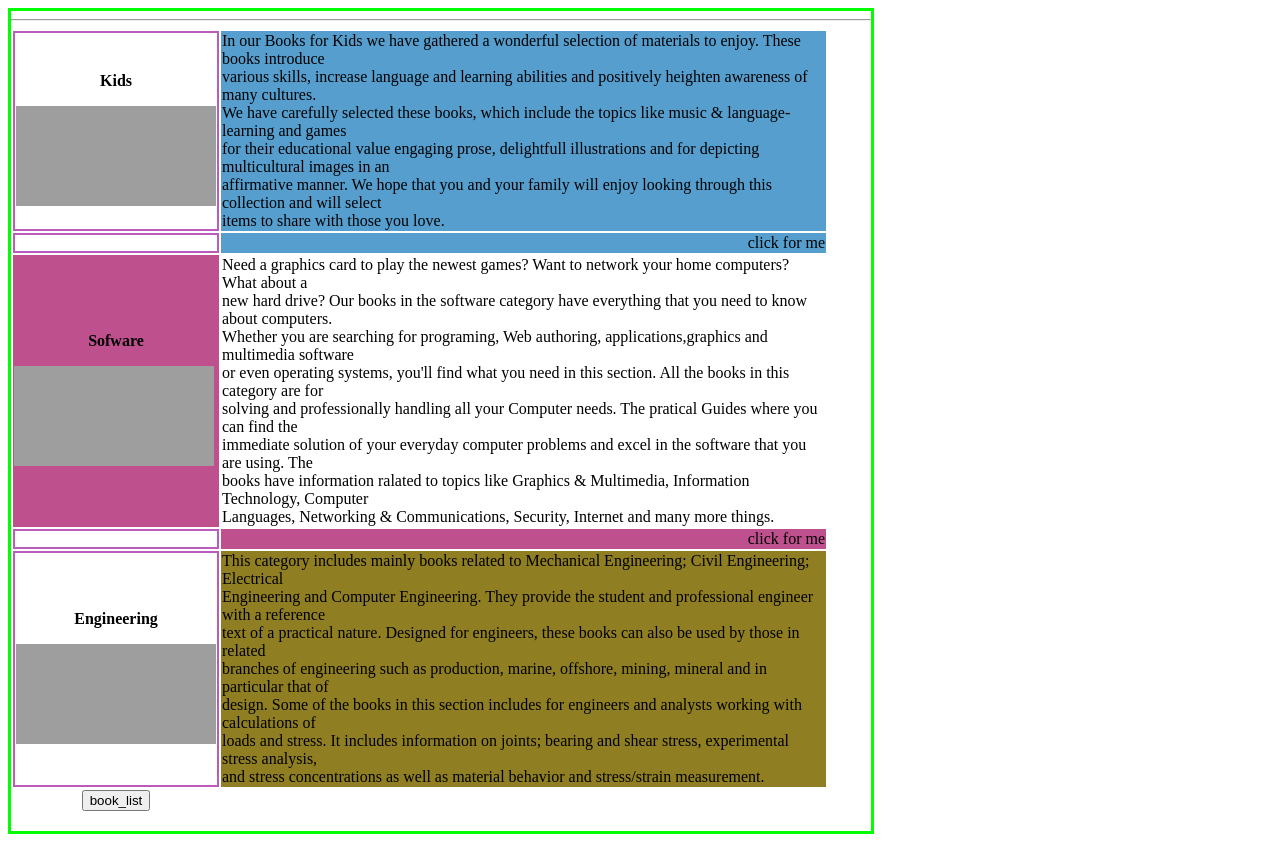
Repository: Helianthusss/Learn-CPP
Page: HTML/lap2/bai4/bai4.html
The author's editor kept a copy of each file at every save. The page is drawn from the files as they stood at one save, then again after the next save.
The browser window is 1280 px wide. The pictures show the whole page.
Pictures or frames that could not be fetched are drawn as grey boxes.

Above is the page before, as saved 2021-10-09 23:44:03.

### HTML/lap2/bai4/bai4.html
<!DOCTYPE html>
<html lang="en">
  <head>
    <meta charset="UTF-8" />
    <meta http-equiv="X-UA-Compatible" content="IE=edge" />
    <meta name="viewport" content="width=device-width, initial-scale=1.0" />
    <link rel="stylesheet" href="style.css" />
    <title>Document</title>
  </head>
  <body>
    <hr />
    <table style="width: 95%">
    <div>
    <tr>
      <th class="con1">
        <p>Kids</p>
        <img
          class="img"
          src="https://image.freepik.com/free-vector/children-day-draw-icon-collection_23-2147527765.jpg"
          alt="Kids"
          width="200"
          height="100"
          align="left"
        />
      </th>
      <td class="con2">
        In our Books for Kids we have gathered a wonderful selection of
        materials to enjoy. These books introduce<br />
        various skills, increase language and learning abilities and positively
        heighten awareness of many cultures.<br />
        We have carefully selected these books, which include the topics like
        music & language-learning and games<br />
        for their educational value engaging prose, delightfull illustrations
        and for depicting multicultural images in an<br />
        affirmative manner. We hope that you and your family will enjoy looking
        through this collection and will select<br />
        items to share with those you love.
      </td>
    </tr>
  </div>
    <tr>
      <td style="border: 2px solid rgb(187, 91, 187)""></td>
      <td style="background-color:rgb(85, 158, 206);text-align: right">click for me</td>
    </tr>
    <div>
    <tr>
      <th  class="con">
        <p>Sofware</p>
        <img
          class="img"
          src="https://khoaluantotnghiep.com/wp-content/uploads/2019/10/hinh-anh-quan-ly-nha-truong-2.jpg"
          alt="Sofware"
          width="200"
          height="100"
          align="left"
        />
      </th>
      <td >
        Need a graphics card to play the newest games? Want to network your home
        computers? What about a<br />
        new hard drive? Our books in the software category have everything that
        you need to know about computers.<br />
        Whether you are searching for programing, Web authoring,
        applications,graphics and multimedia software<br />
        or even operating systems, you'll find what you need in this section.
        All the books in this category are for<br />
        solving and professionally handling all your Computer needs. The
        pratical Guides where you can find the<br />
        immediate solution of your everyday computer problems and excel in the
        software that you are using. The<br />
        books have information ralated to topics like Graphics & Multimedia,
        Information Technology, Computer<br />
        Languages, Networking & Communications, Security, Internet and many more
        things.
      </td>
    </tr>
  </div>
    <tr>
      <td style="border: 2px solid rgb(187, 91, 187)">
      </td>
      <td style="background-color:rgb(190, 81, 141);text-align: right">click for me</td>
    </tr>
    <tr>
    <th style="width: 20% ;border: 2px solid rgb(187, 91, 187)">
      <p>Engineering</p>
      <img
        class="img"
        src="https://www.du-hoc.net/wp-content/uploads/2018/06/vietnamese-engineer.jpg"
        alt="Engineers"
        width="200"
        height="100"
        align="left"
      />
    </th>
      <td style="background-color:rgb(143, 127, 34)">
        This category includes mainly books related to Mechanical Engineering;
        Civil Engineering; Electrical<br />
        Engineering and Computer Engineering. They provide the student and
        professional engineer with a reference<br />
        text of a practical nature. Designed for engineers, these books can also
        be used by those in related<br />
        branches of engineering such as production, marine, offshore, mining,
        mineral and in particular that of<br />
        design. Some of the books in this section includes for engineers and
        analysts working with calculations of<br />
        loads and stress. It includes information on joints; bearing and shear
        stress, experimental stress analysis,<br />
        and stress concentrations as well as material behavior and stress/strain
        measurement.
      </td>
    </tr>
    <th><input type="submit" value="book_list" style="text-align:left;"/></th>
    <table />
  </body>
</html>

### HTML/lap2/bai4/style.css
body {
  border: 3px solid #00ff00;
  width: 860px;
  height: 820px;
  overflow-x: scroll;
  overflow-y: scroll;
}
.con1 {
  width: 20%;
  border: 2px solid rgb(187, 91, 187);
}
.con2 {
  background-color: rgb(85, 158, 206);
}
.con {
  background-color: rgb(190, 81, 141);
}

After the next save:
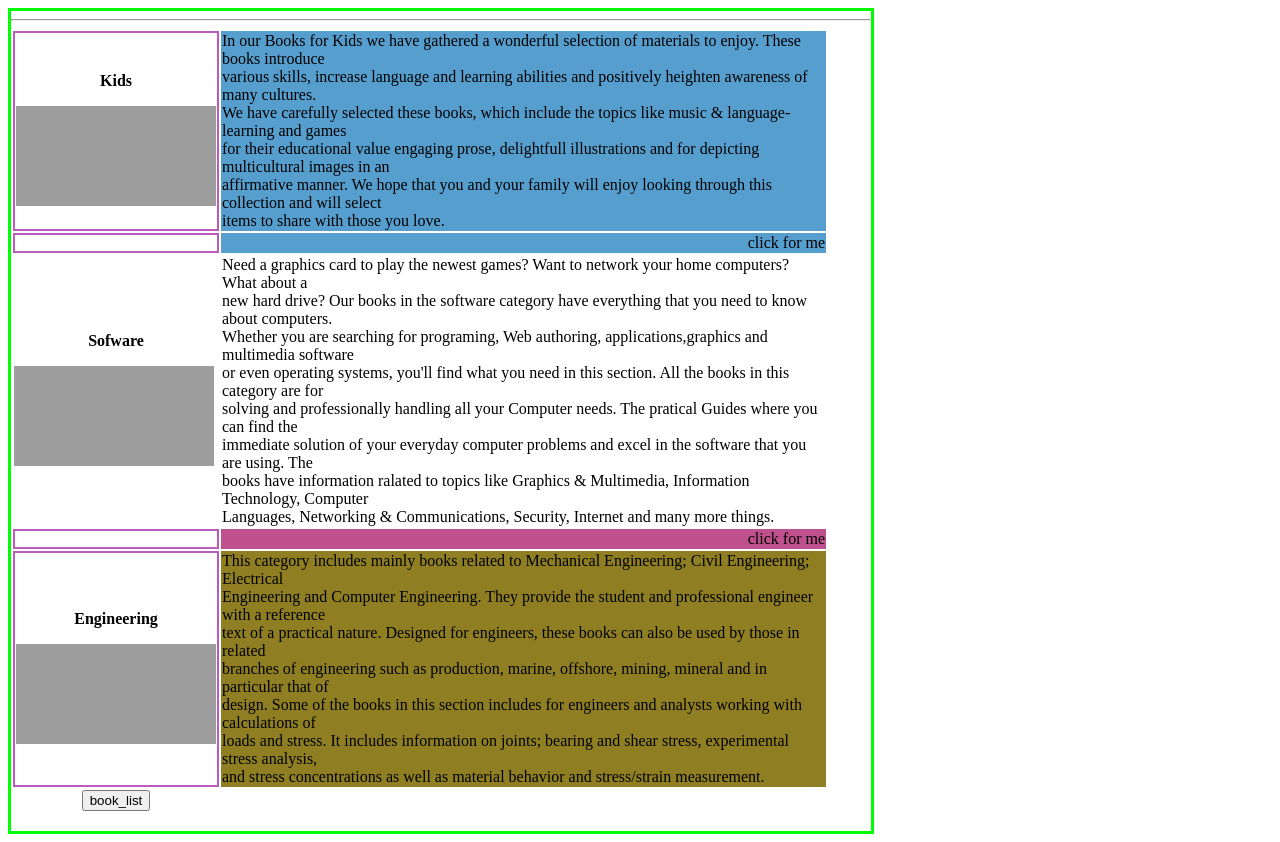
Saved 8 h 25 min later.
--- a/HTML/lap2/bai4/bai4.html
+++ b/HTML/lap2/bai4/bai4.html
@@ -37,14 +37,12 @@
         items to share with those you love.
       </td>
     </tr>
-  </div>
     <tr>
       <td style="border: 2px solid rgb(187, 91, 187)""></td>
       <td style="background-color:rgb(85, 158, 206);text-align: right">click for me</td>
     </tr>
-    <div>
     <tr>
-      <th  class="con">
+      <th  class="con3">
         <p>Sofware</p>
         <img
           class="img"
@@ -74,7 +72,7 @@
         things.
       </td>
     </tr>
-  </div>
+
     <tr>
       <td style="border: 2px solid rgb(187, 91, 187)">
       </td>
@@ -110,6 +108,7 @@
       </td>
     </tr>
     <th><input type="submit" value="book_list" style="text-align:left;"/></th>
+  </div>
     <table />
   </body>
 </html>
